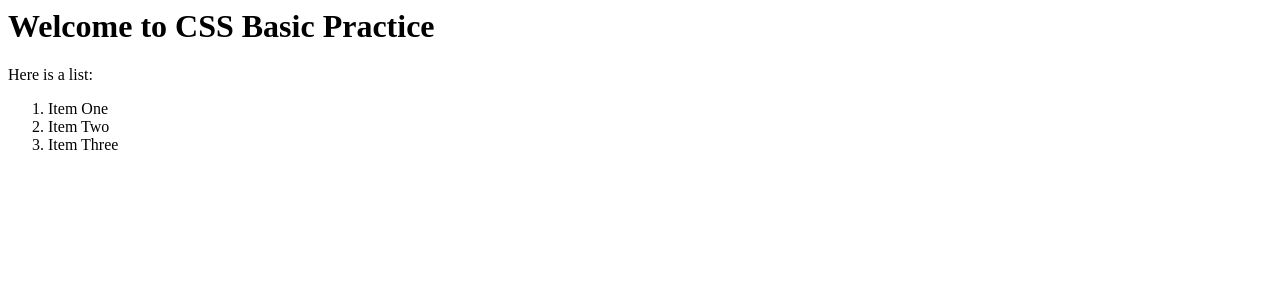
Repository: MonwarAdeeb/Bista_Solutions
Page: HTML & CSS/CSS/Level One/Level_One.html
These files come from the project's save history. The page is drawn as it stood at one moment and after a run of saves; the edit follows.
The browser window is 1280 px wide. The pictures show the whole page.

Above is the page before, as saved 2021-05-19 15:52:57.

### HTML & CSS/CSS/Level One/Level_One.html
<html lang="en">
<head>
    <meta charset="UTF-8">
    <meta http-equiv="X-UA-Compatible" content="IE=edge">
    <meta name="viewport" content="width=device-width, initial-scale=1.0">
    <title>CSS Basics</title>
</head>
<body>
    <h1>Welcome to CSS Basic Practice</h1>

    <p>Here is a list:</p>

    <ol>
        <li>Item One</li>
        <li>Item Two</li>
        <li>Item Three</li>
    </ol>

    <h4></h4>
</body>
</html>

After the next 2 saves:
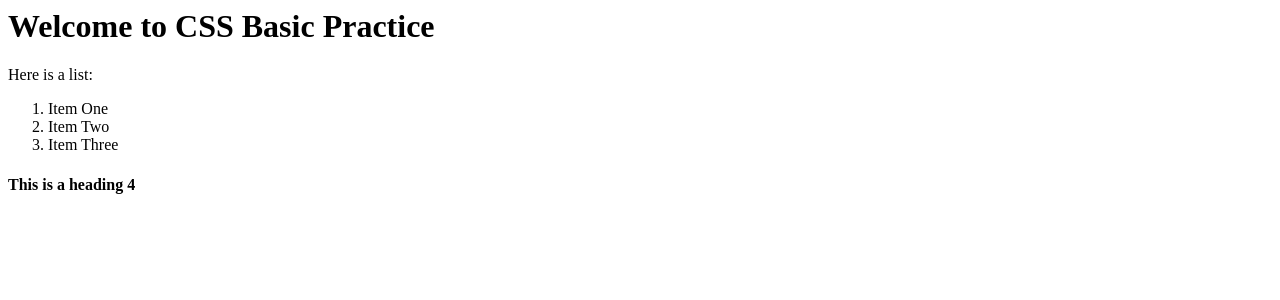
The 2 saves are shown as one change because they came seconds apart.
The last was saved 12 s later.
--- a/HTML & CSS/CSS/Level One/Level_One.html
+++ b/HTML & CSS/CSS/Level One/Level_One.html
@@ -16,6 +16,6 @@
         <li>Item Three</li>
     </ol>
 
-    <h4></h4>
+    <h4>This is a heading 4</h4>
 </body>
 </html>
